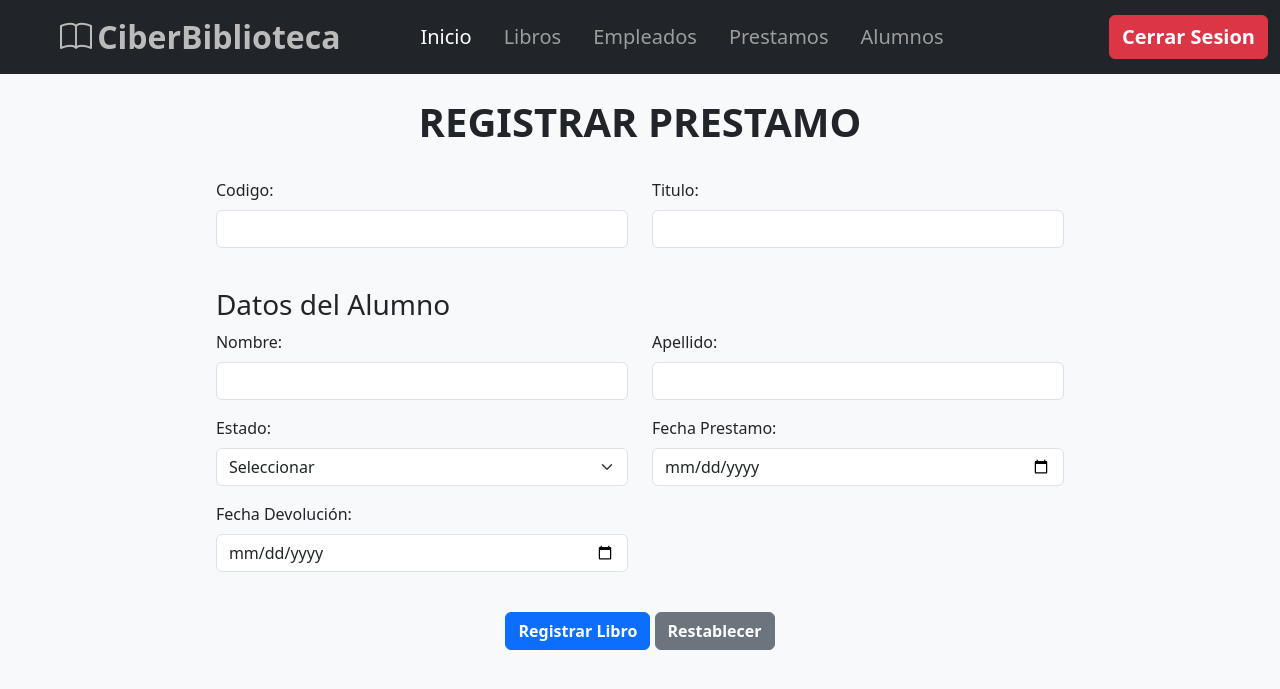
Repository: WilmerOcampo/LP1_Biblioteca
Page: http://localhost/Proyecto/registrarPrestamo.jsp
The author's editor kept a copy of each file at every save. The page is drawn from the files as they stood at one save, then again after the next save.
The browser window is 1280 px wide. The pictures show the whole page.
The page is served by Tomcat 10.

Above is the page before, as saved 2023-05-31 17:19:56.

After the next save:
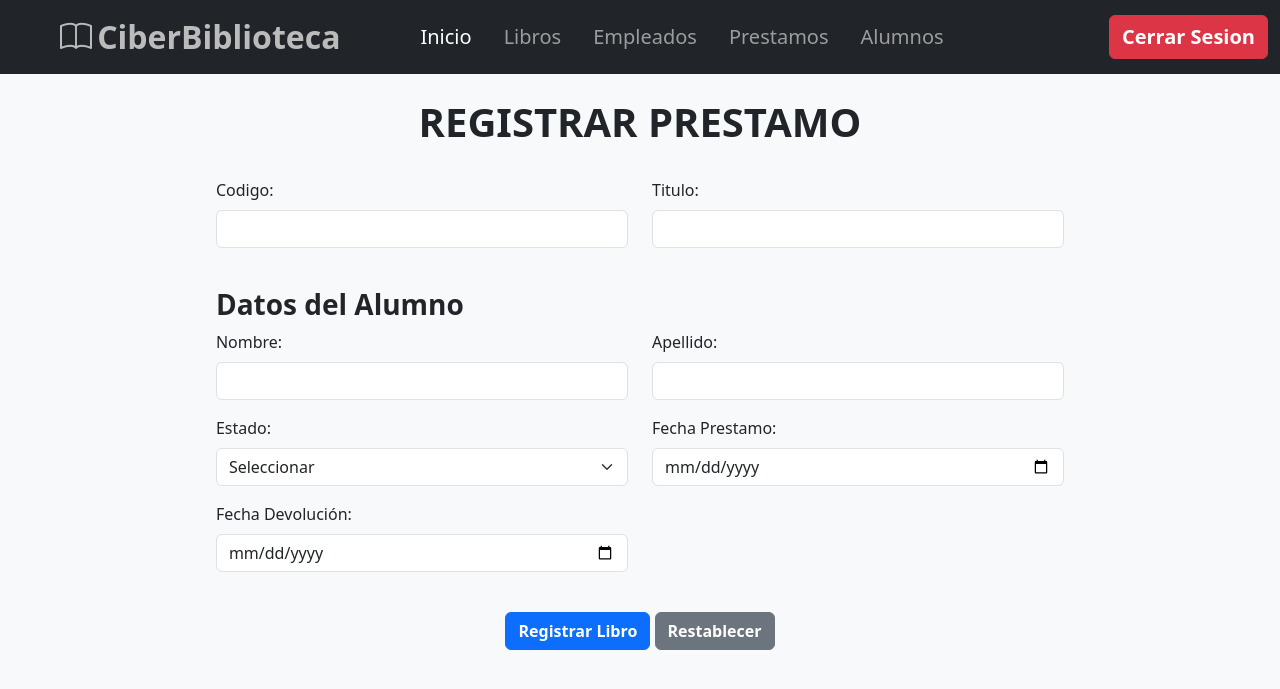
Saved 2 min 18 s later.
--- a/Proyecto/src/main/webapp/registrarPrestamo.jsp
+++ b/Proyecto/src/main/webapp/registrarPrestamo.jsp
@@ -70,7 +70,7 @@
                     <input type="text" class="form-control" id="titulo" name="titulo">
                 </div>
             </div>
-            <br><h3>Datos del Alumno</h3>
+            <br><h3 style="font-weight: 600">Datos del Alumno</h3>
             <div class="row mb-3">
                 <div class="col-md-6">
                     <label for="nombre" class="form-label">Nombre:</label>
